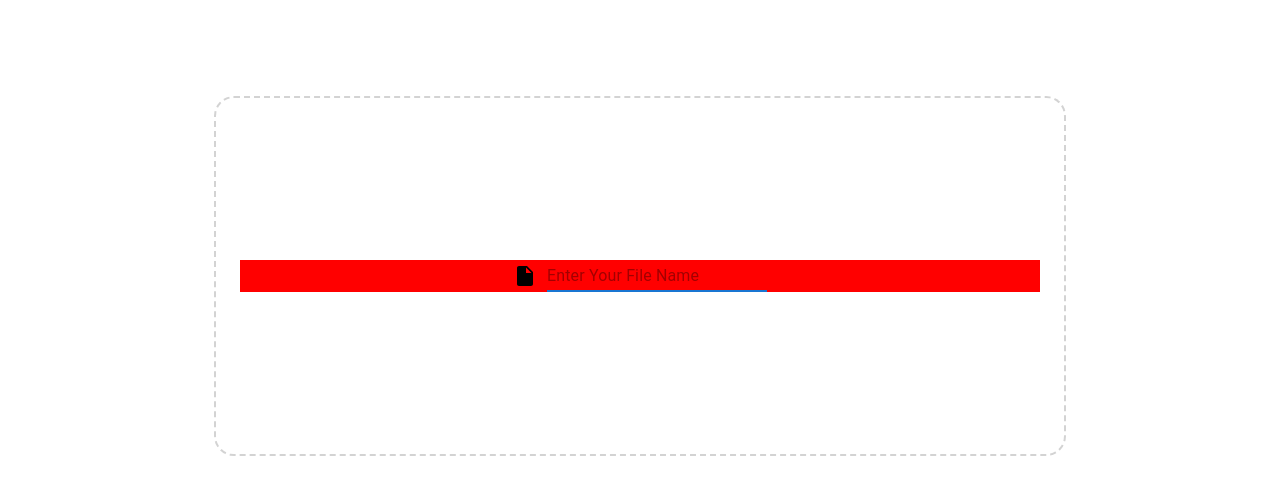
Repository: BhushanPatil-121/pdf-upload-nextjs
Page: /
An editor plug-in stored every save of this project. The page is shown before and after the next save, followed by the edit.
The browser window is 1280 px wide. The pictures show the whole page.
The project was rebuilt for these pictures with package versions that can differ from the ones it lists, and the page was loaded fresh each time. The framework's server and built-in components were replaced by stand-ins that run in the browser. Also part of the build but not shown: next.config.mjs.

Above is the page before, as saved 2024-02-29 11:58:24.

After the next save:
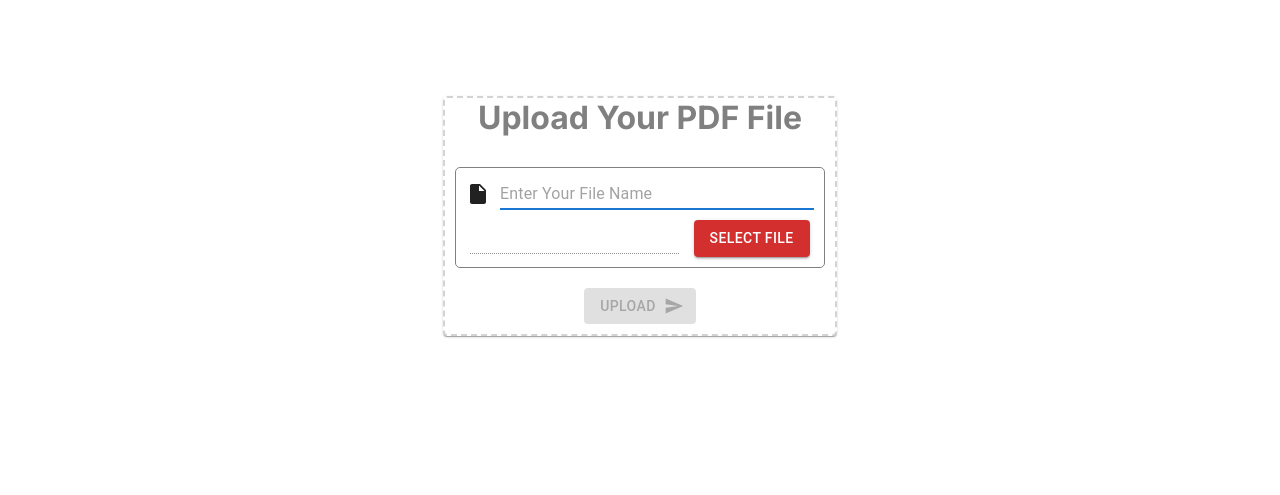
Saved 43 s later.
--- a/src/app/page.tsx
+++ b/src/app/page.tsx
@@ -45,14 +45,13 @@ export default function Home() {
   }
   return (
     <main className={styles.main}>
-      <Container maxWidth="md">
-        <Box  className={styles.mainContainer }
-        sx={{  height: '50vh' }}>
-           <Container >
-           <Box sx={{  bgcolor:'red' }}
-            className={styles.mainFormSubContainer1}>
+      <Card className={styles.mainContainer}>
+        <h1 className={styles.mainHeading}>Upload Your PDF File</h1>
+        <form className={styles.mainForm}>
+          <div className={styles.mainFormContainer}>
+            <div className={styles.mainFormSubContainer1}>
               <InsertDriveFileIcon />
-              <Box >
+              <Box sx={{width:'100%'}}>
               <TextField
                 id="standard-basic"
                 fullWidth
@@ -62,10 +61,54 @@ export default function Home() {
                 onChange={(e) => { setFileName(e.target.value) }}
                 variant="standard" />
               </Box>
-            </Box>
-            </Container>
-        </Box>
-      </Container>
+            </div>
+            <div className={styles.mainFormSubContainer2}>
+              <Box sx={{width:'60%'}}>
+              <TextField
+                id="standard-multiline-static"
+                multiline
+                fullWidth
+                rows={1}
+                disabled
+                variant="standard"
+                value={defaultFileName}
+              />
+              </Box>
+              <Button
+                component="label"
+                role={undefined}
+                variant="contained"
+                tabIndex={-1}
+                color={file ? "success" : "error"}
+                onChange={(e: any) => {
+                  setFile(e.target.files[0]);
+                  setDefaultFileName(e.target.files[0].name);
+                }}>Select file
+                <VisuallyHiddenInput type="file" accept="application/pdf" />
+              </Button>
+            </div>
+          </div>
+          <LoadingButton
+            onClick={handleClick}
+            endIcon={<SendIcon />}
+            loading={loading}
+            disabled={fileName.length < 1}
+            loadingPosition="end"
+            variant="contained">
+            {
+              loading ? "Uploading..." : "Upload"
+            }
+          </LoadingButton>
+        </form>
+      </Card>
+      {
+        uploading &&
+        <Stack sx={{ width: '50%' }} spacing={2}>
+          <Alert variant="filled" severity="success">
+            File Upload Successfully
+          </Alert>
+        </Stack>
+      }
     </main>
   );
 }
